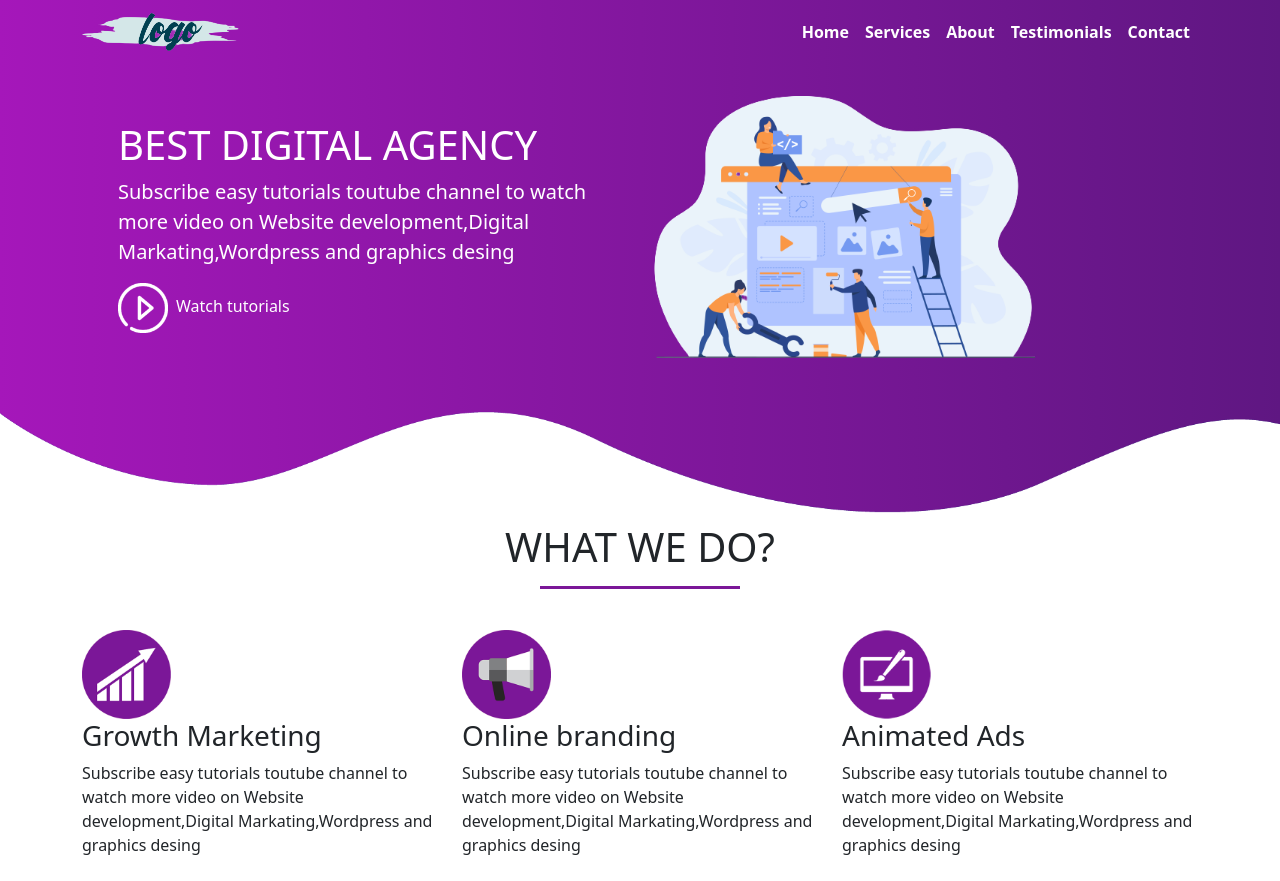
Repository: zjria/PSD-to-HTML-DIGITAL-AGENCY
Page: index.html
The author's editor kept a copy of each file at every save. The page is drawn from the files as they stood at one save, then again after the next save.
The browser window is 1280 px wide. The pictures show the whole page.
Some web libraries are served in a nearby version.

Above is the page before, as saved 2022-05-11 08:22:22.

### index.html
<!doctype html>
<html lang="en">
  <head>
    <!-- Required meta tags -->
    <meta charset="utf-8">
    <meta name="viewport" content="width=device-width, initial-scale=1">
    <title>DIGITAL AGENCY</title>
    <!-- Bootstrap CSS -->
    <link href="https://cdn.jsdelivr.net/npm/bootstrap@5.0.2/dist/css/bootstrap.min.css" rel="stylesheet">
    <!-- Font awesome link-->
    <link rel="stylesheet" href="https://cdnjs.cloudflare.com/ajax/libs/font-awesome/6.1.1/css/all.min.css">
    <!-- custom CSS  -->
    <link rel="stylesheet" href="css/style.css">
  </head>
  <body>
    <!-- Navbar Section Start -->
    <section class="header">
        <nav class="navbar navbar-expand-md fixed-top">
            <div class="container">
                <a href="#" class="navbar-brand">
                    <img src="img/h_logo.png" alt="" class="menu-icon img-fluid w-50">
                </a>
                <button class="navbar-toggler" data-bs-target="#menunavbarlink" data-bs-toggle="collapse" type="button">
                    <span class="navbar-toggler-icon"></span>
                </button>
                <div class="collapse navbar-collapse fw-bold " id="menunavbarlink">
                  <ul class="navbar-nav ms-auto ">
                    <li class="nav-item ">
                      <a href="#Home" class="nav-link text-white">Home</a>
                    </li>
                    <li class="nav-item">
                      <a href="#Services" class="nav-link text-white">Services</a>
                    </li>
                    <li class="nav-item">
                      <a href="#About" class="nav-link text-white">About</a>
                    </li>
                    <li class="nav-item">
                      <a href="#Testimonials" class="nav-link text-white" >Testimonials</a>
                    </li>
                    <li class="nav-item">
                      <a href="#Contact" class="nav-link text-white">Contact</a>
                    </li>
                  </ul>
                </div>
            </div>
        </nav>
    </section>
    <!-- Navbar Section END -->
    <!-- Navbar Section Start -->
    <section class="" id="baner" id="Home">
      <div class="container p-5 py-5">
        <div class="row align-items-center text-white mt-5">
          <div class="col-md-6">
            <h1>BEST DIGITAL AGENCY</h1>
            <p class="lead">Subscribe easy tutorials toutube channel to watch more video on Website development,Digital Markating,Wordpress and graphics desing</p>
            <a href="#"><img src="img/play.png" class="img-fluid me-2 " alt=""><span>Watch tutorials</span></a>
          </div>
          <div class="col-md-6 m-auto">
            <img src="img/heder_logo.png" class="img-fluid w-75" alt="">
          </div>
        </div>
      </div>
      <img src="img/wave1.png" alt="" class="img-wave1 img-fluid">
    </section>
    <!-- Navbar Section END -->

    <!-- Service Section Start -->
      <section class="service-section">
        <div class="container">
          <div class="row text-center">
            <h1 class="title">WHAT WE DO?</h1>
            <!-- <span></span> -->
          </div>
          <div class="row mt-5">
            <div class="col-12 col-md-4 mb-2">
              <img src="img/service1.png" alt="" class="img-fluid w-25">
              <h3 class="mb-2">Growth Marketing</h3>
              <p>
                Subscribe easy tutorials toutube channel to watch more video on Website development,Digital Markating,Wordpress and graphics desing</p>
            </div>
            <div class="col-12 col-md-4 mb-2">
              <img src="img/service2.png" alt="" class="img-fluid w-25">
              <h3>Online branding</h3>
              <p>
                Subscribe easy tutorials toutube channel to watch more video on Website development,Digital Markating,Wordpress and graphics desing</p>
            </div>
            <div class="col-12 col-md-4 mb-2">
              <img src="img/service3.png" alt="" class="img-fluid w-25">
              <h3>Animated Ads</h3>
              <p>
                Subscribe easy tutorials toutube channel to watch more video on Website development,Digital Markating,Wordpress and graphics desing</p>
            </div>
          </div>
        </div>
      </section>
    <!-- Service Section End -->




    <!-- Optional JavaScript; choose one of the two! -->
    <!-- Option 1: Bootstrap Bundle with Popper -->
    <script src="https://cdn.jsdelivr.net/npm/bootstrap@5.0.2/dist/js/bootstrap.bundle.min.js"></script>
  </body>
</html>

### css/style.css
.navbar{
    background-image: linear-gradient(to right, #a517ba,#5f1782)!important;
}
#baner{
    background-image: linear-gradient(to right, #a517ba,#5f1782)!important;
    align-items: center;
    margin: auto;
    justify-content: center;
}
#baner a img{
    width: 50px;
    align-items: center;
    margin: auto;
    justify-content: center;

}
#baner a{
    text-decoration: none;
    color: white;
}
.img-wave1{
    width: 100%;
}

/* Service Section */
.title{}
.title::after{
    content: "";
    display: block;
    background: #7B1798;
    height: 3px;
    width: 200px;
    margin: auto;
    transform: translateY(15px);
}

After the next save:
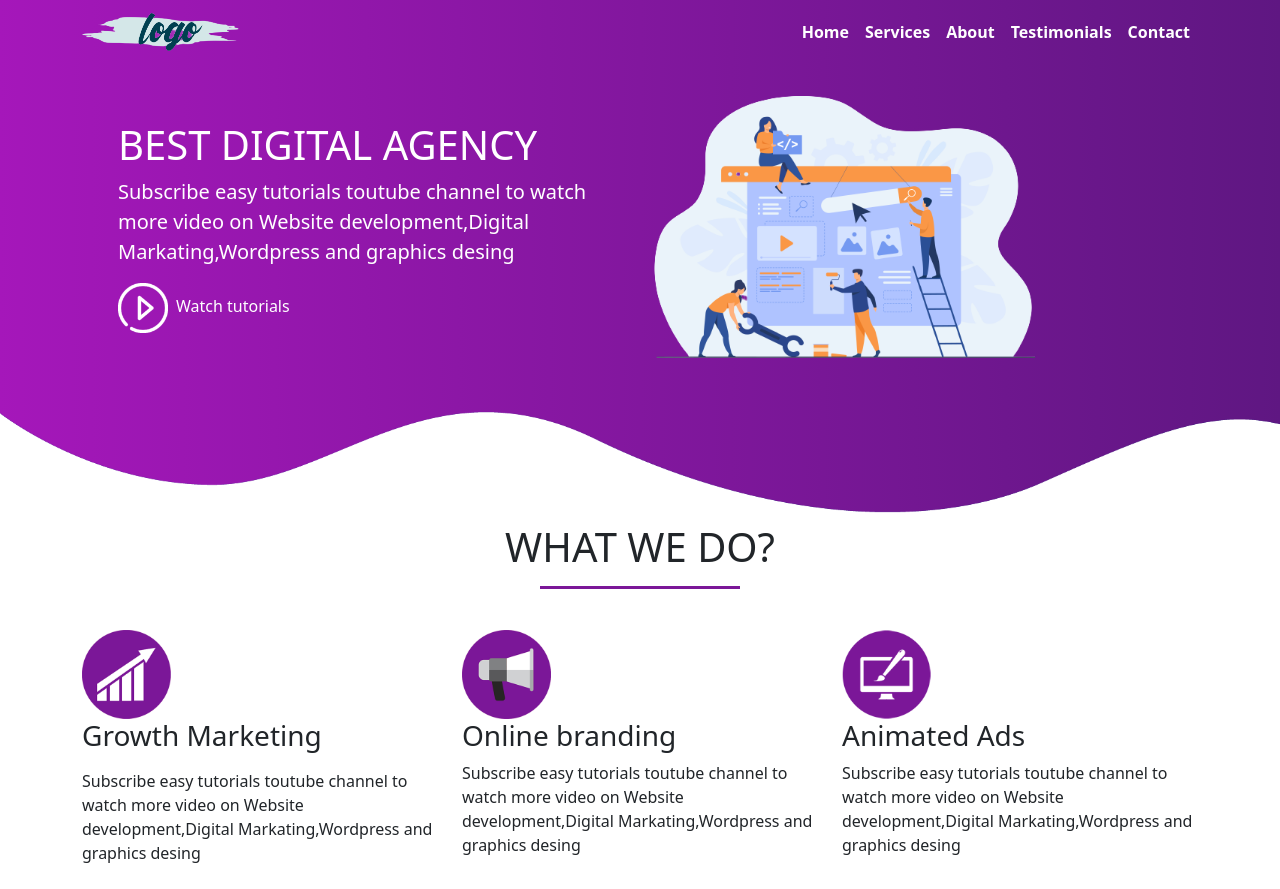
Saved 7 s later.
--- a/index.html
+++ b/index.html
@@ -74,7 +74,7 @@
           <div class="row mt-5">
             <div class="col-12 col-md-4 mb-2">
               <img src="img/service1.png" alt="" class="img-fluid w-25">
-              <h3 class="mb-2">Growth Marketing</h3>
+              <h3 class="mb-3">Growth Marketing</h3>
               <p>
                 Subscribe easy tutorials toutube channel to watch more video on Website development,Digital Markating,Wordpress and graphics desing</p>
             </div>
